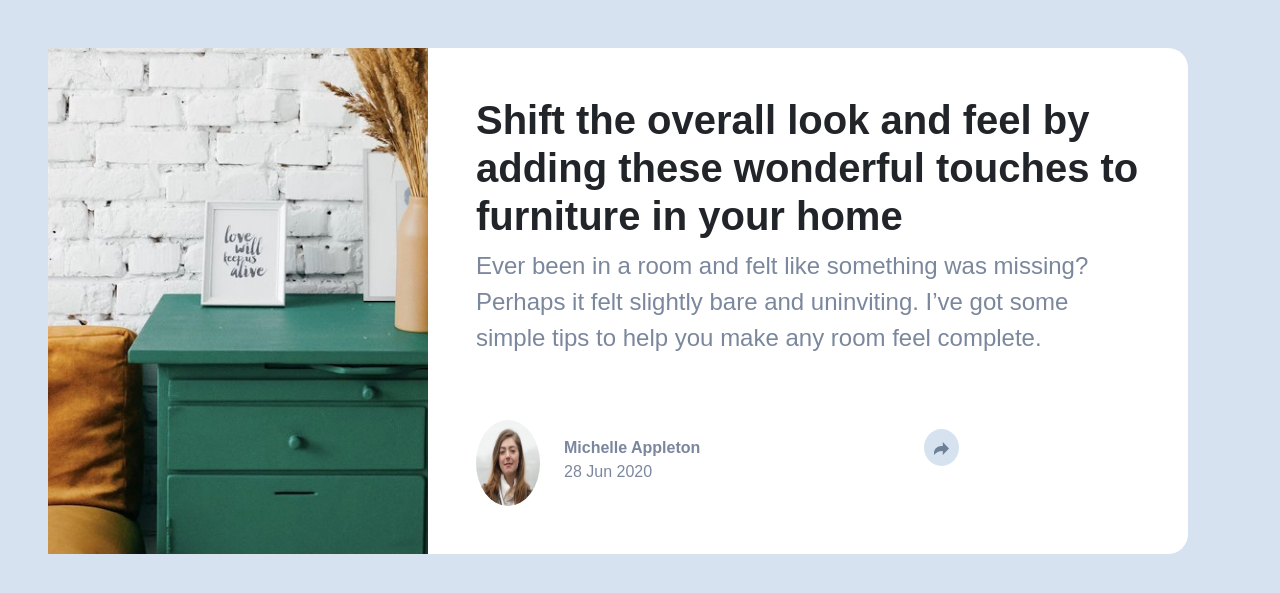
Repository: blordeus/article-preview-component
Page: index.html
The author's editor kept a copy of each file at every save. The page is drawn from the files as they stood at one save, then again after the next save.
The browser window is 1280 px wide. The pictures show the whole page.

Above is the page before, as saved 2024-05-18 09:04:23.
Console error: ReferenceError: a is not defined

After the next save:
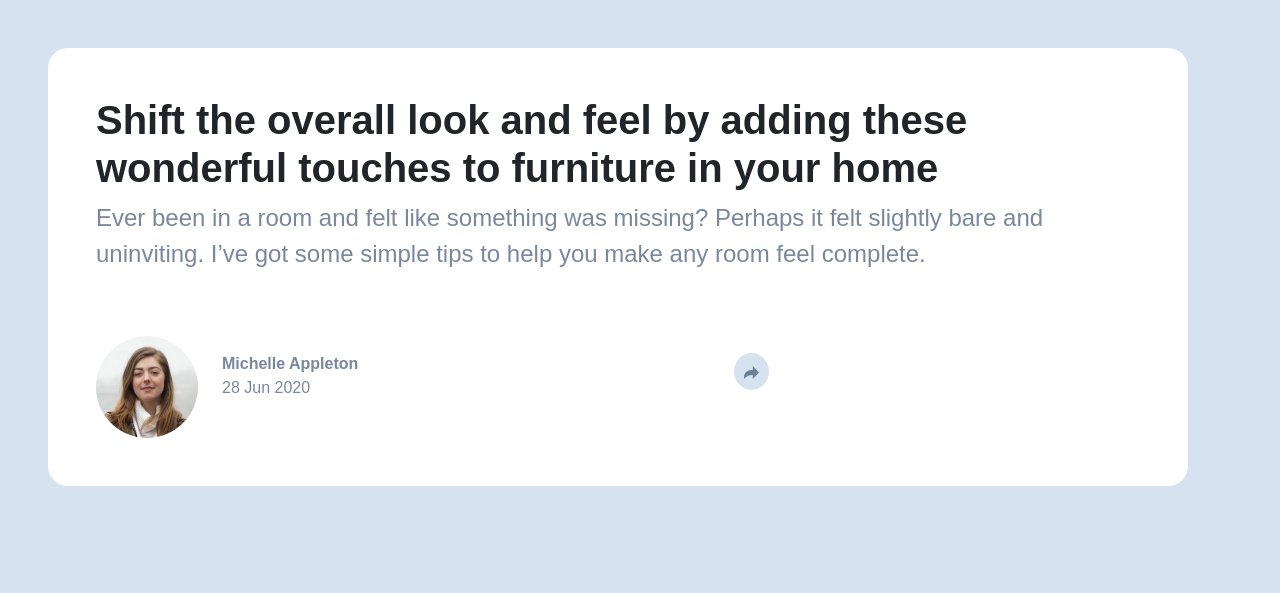
Saved 19 s later.
--- a/index.html
+++ b/index.html
@@ -14,7 +14,7 @@
 </head>
 <body class="container m-5">
 
-  <main class="bg-color row d-flex flex-col">
+  <main class="bg-color row d-flex flex-column-reverse">
 
     <section id="section-1" class="col-4">
     </section>

After the save that followed:
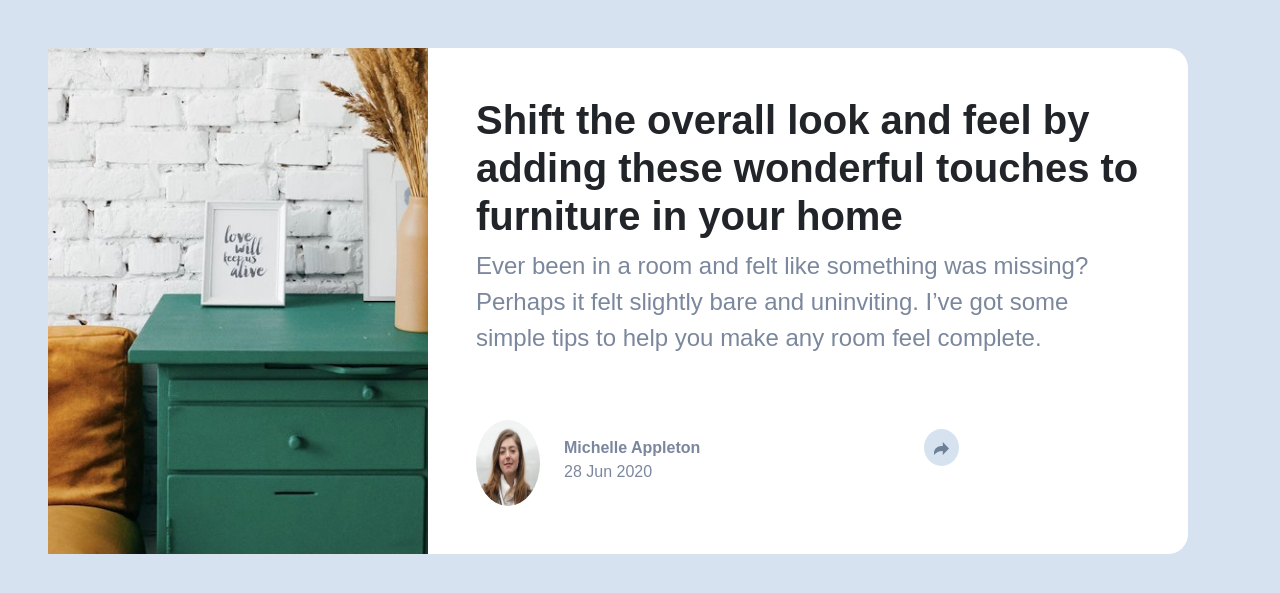
Saved 8 s later.
--- a/index.html
+++ b/index.html
@@ -14,7 +14,7 @@
 </head>
 <body class="container m-5">
 
-  <main class="bg-color row d-flex flex-column-reverse">
+  <main class="bg-color row d-flex flex-column-reverse-sm">
 
     <section id="section-1" class="col-4">
     </section>
